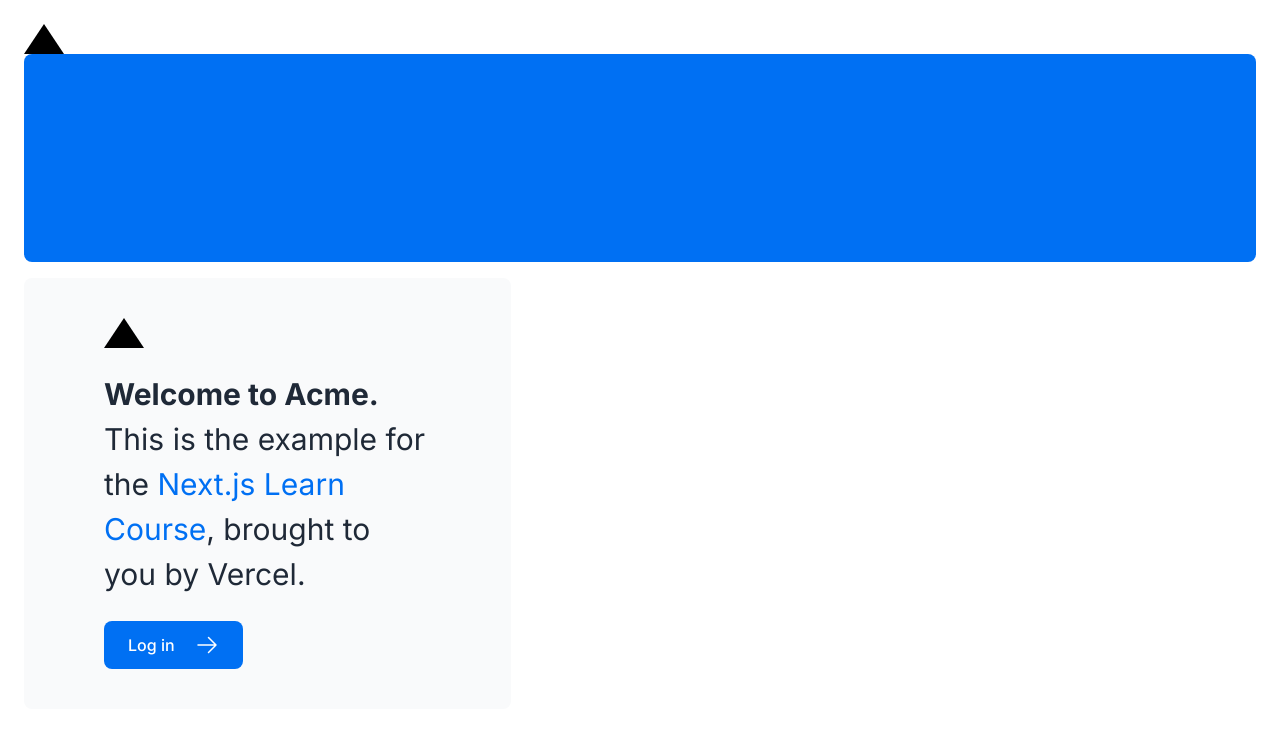
Repository: ShifanaFacts/NextjsTest1
Page: /
An editor plug-in stored every save of this project. The page is shown before and after the next save, followed by the edit.
The browser window is 1280 px wide. The pictures show the whole page.
Some web fonts or font styles are not loaded; a fallback is used. The project was rebuilt for these pictures with package versions that can differ from the ones it lists, and the page was loaded fresh each time. The framework's server and built-in components were replaced by stand-ins that run in the browser. Also part of the build but not shown: next.config.js.

Above is the page before, as saved 2023-11-07 16:38:39.

After the next save:
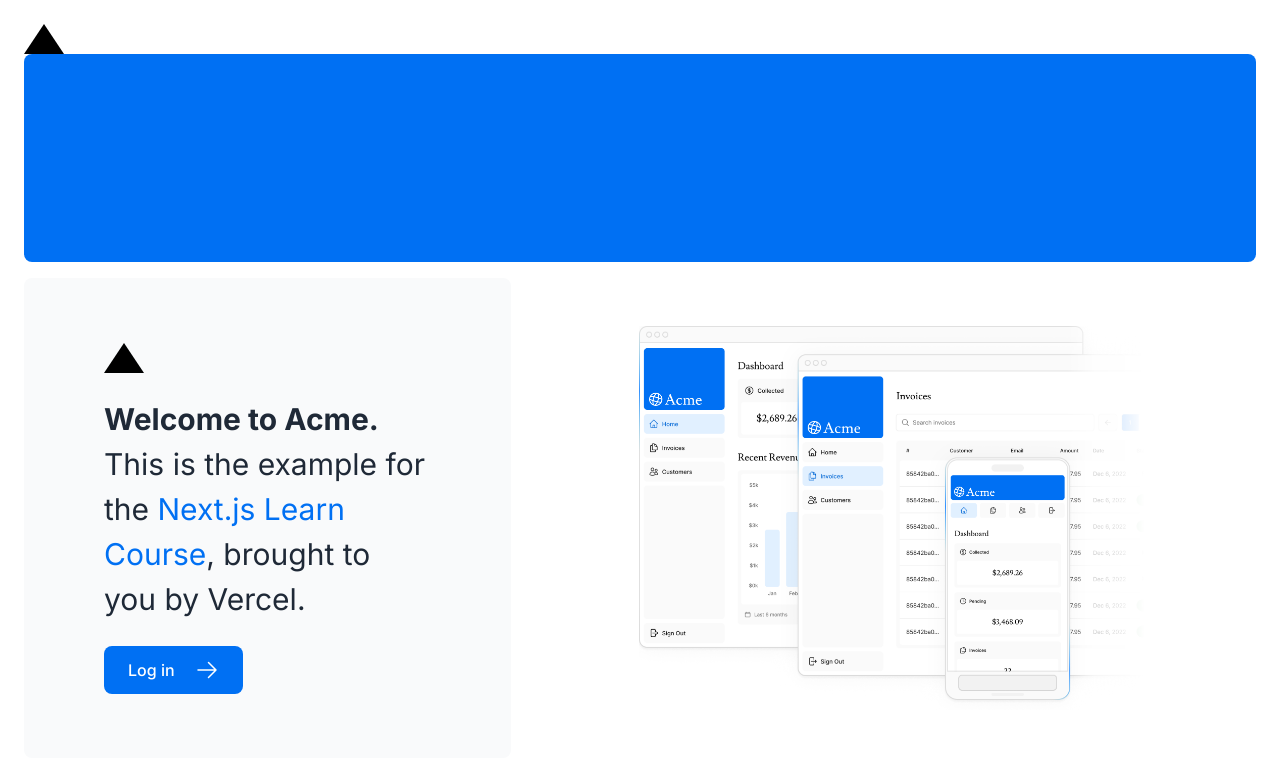
Saved 7 min 52 s later.
--- a/app/page.tsx
+++ b/app/page.tsx
@@ -3,6 +3,7 @@
 import Link from 'next/link';
 import styles from '@/app/ui/home.module.css'
 import {lusitana} from '@/app/ui/font'
+import Image from 'next/image';
 
 export default function Page() {
   return (
@@ -17,7 +18,7 @@
         <div
   className="h-0 w-0 border-b-[30px] border-l-[20px] border-r-[20px] border-b-black border-l-transparent border-r-transparent"
 />
-          <p className={` ${lusitana.className}text-xl text-gray-800 md:text-3xl md:leading-normal`}>
+          <p className={`${lusitana.className}text-xl text-gray-800 md:text-3xl md:leading-normal`}>
 
             <strong >Welcome to Acme.</strong> This is the example for the{' '}
             <a href="https://nextjs.org/learn/" className="text-blue-500">
@@ -35,6 +36,15 @@
         </div>
         <div className="flex items-center justify-center p-6 md:w-3/5 md:px-28 md:py-12">
           {/* Add Hero Images Here */}
+        <Image
+        src='/hero-desktop.png'
+        width={1000}
+        height={760}
+        alt='Test image '
+        className='hidden md:block'
+
+        />
+
         </div>
       </div>
     </main>
